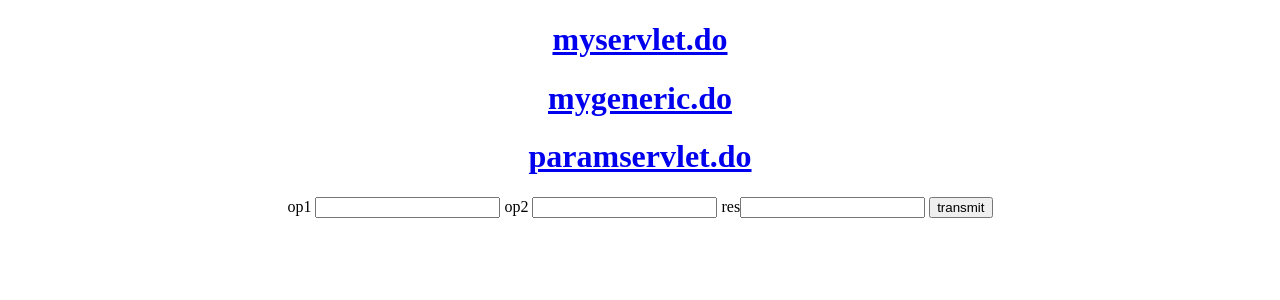
Repository: govltjsdnd24/SSAFY_BackEnd
Page: LocalServletJspEx/WebContent/index.html
An editor plug-in stored every save of this project. The page is shown before and after the next save, followed by the edit.
The browser window is 1280 px wide. The pictures show the whole page.

Above is the page before, as saved 2023-09-14 05:20:59.

After the next save:
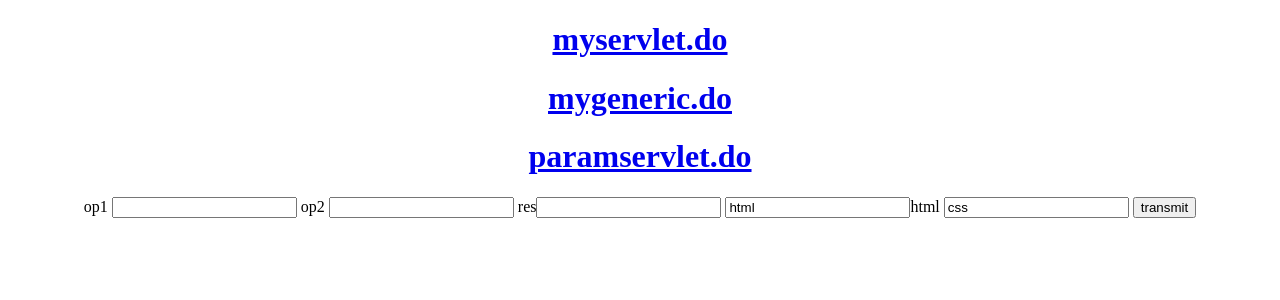
Saved 5 min 26 s later.
--- a/LocalServletJspEx/WebContent/index.html
+++ b/LocalServletJspEx/WebContent/index.html
@@ -13,6 +13,10 @@
 			<label for="iop1">op1 </label><input type="text" id= "iop1" name= "nop1">
 			<label for="iop2">op2 </label><input type="text" id= "iop2" name= "nop2">
 			<label for="res">res</label><input type="text" id= "res" name= "res" readonly="readonly">
+
+			<input type "checkbox" name="check" value="html">html</input>
+			<input type "checkbox" name="check" value="css"></input>
+
 			<input type="submit" value = "transmit">
 		</form>
 	</div>
